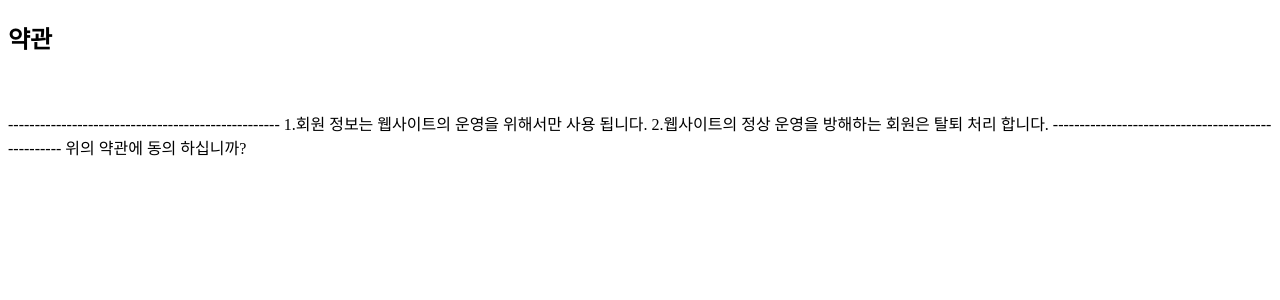
Repository: tjdwlsaos22/TJ_JSP
Page: http://localhost/Session/personal2.jsp
An editor plug-in stored every save of this project. The page is shown before and after the next save, followed by the edit.
The browser window is 1280 px wide. The pictures show the whole page.
The page is served by Tomcat 9.

Above is the page before, as saved 2024-01-22 04:59:33.

### jsp1/Session/src/main/webapp/personal2.jsp
<%@ page language="java" contentType="text/html; charset=UTF-8"
    pageEncoding="UTF-8"%>
<!DOCTYPE html>
<html>
<head>
<meta charset="UTF-8">
<title>Insert title here</title>
</head>
<body>

	<h2>약관</h2><br><br>
	---------------------------------------------------
	1.회원 정보는 웹사이트의 운영을 위해서만 사용 됩니다.
	2.웹사이트의 정상 운영을 방해하는 회원은 탈퇴 처리 합니다.
	---------------------------------------------------
	위의 약관에 동의 하십니까?<br><br><br>


</body>
</html>

After the next save:
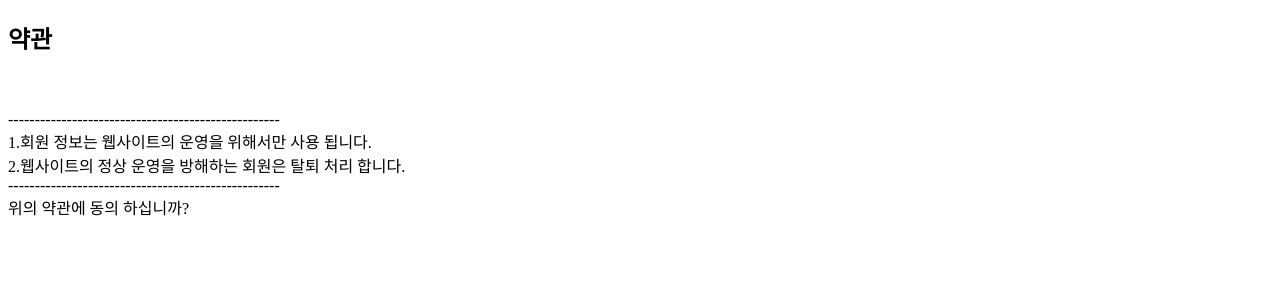
Saved 30 s later.
--- a/jsp1/Session/src/main/webapp/personal2.jsp
+++ b/jsp1/Session/src/main/webapp/personal2.jsp
@@ -9,10 +9,10 @@
 <body>
 
 	<h2>약관</h2><br><br>
-	---------------------------------------------------
-	1.회원 정보는 웹사이트의 운영을 위해서만 사용 됩니다.
-	2.웹사이트의 정상 운영을 방해하는 회원은 탈퇴 처리 합니다.
-	---------------------------------------------------
+	---------------------------------------------------<br>
+	1.회원 정보는 웹사이트의 운영을 위해서만 사용 됩니다.<br>
+	2.웹사이트의 정상 운영을 방해하는 회원은 탈퇴 처리 합니다.<br>
+	---------------------------------------------------<br>
 	위의 약관에 동의 하십니까?<br><br><br>
 
 
